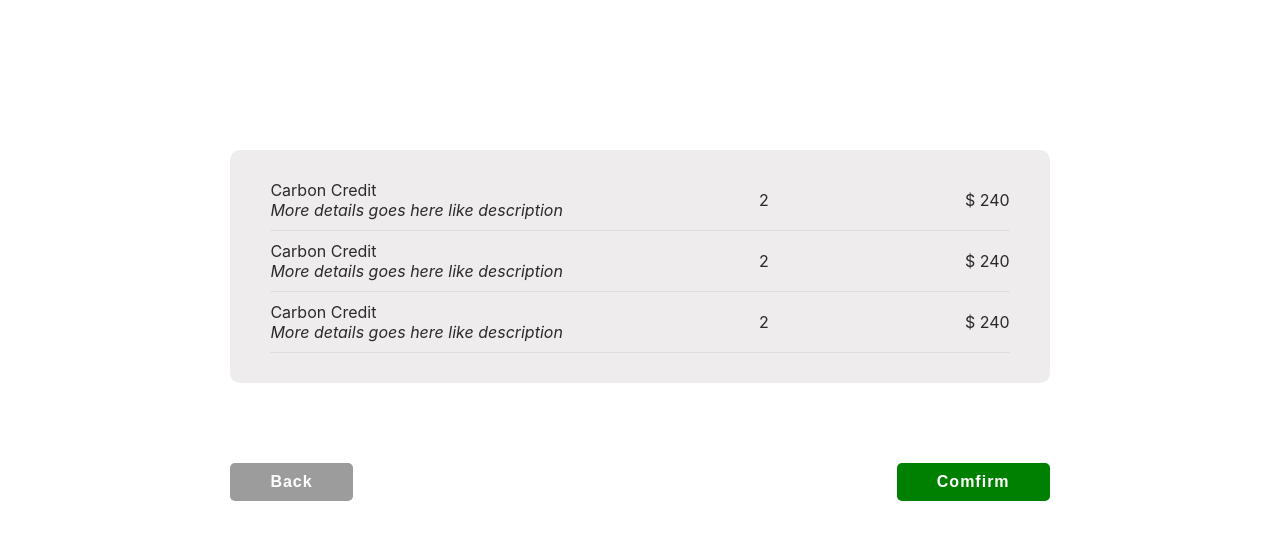
Repository: Yowani24/CarbonApp
Page: /payment
These files come from the project's save history. The page is drawn as it stood at one moment and after the next save; the edit follows.
The browser window is 1280 px wide. The pictures show the whole page.
The project was rebuilt for these pictures with package versions that can differ from the ones it lists, and the page was loaded fresh each time. The framework's server and built-in components were replaced by stand-ins that run in the browser. Also part of the build but not shown: next.config.js, pages/cart/Cart.module.css, pages/cart/index.js.

Above is the page before, as saved 2021-09-27 00:48:07.

### pages/_app.js
import '../styles/globals.css'
import Cart from './cart';

function MyApp({ Component, pageProps }) {
  return (
    <>
      <Component {...pageProps} />
    </>
  );
}

export default MyApp

### pages/payment/index.js
import React from 'react';
import Head from 'next/head'
import styles from './Payment.module.css'
import Link from 'next/link';


export default function Payment(props) {
    return (
       <>
        <Head>
            <title>Payment</title>
        </Head>

        <header className={styles.header}>
            <div className={styles.interface}>
                <div className={styles.header_content}>
                    <h1>Payment</h1>
                </div>
            </div>
        </header>

        <div className={styles.content}>
            <div className={styles.interface}>
                <div className={styles.list_content}>
                    <span>
                        <p>Carbon Credit <br/> <i>More details goes here like description</i></p>
                        <p>2</p>
                        <p>$ 240</p>
                    </span>

                    <span>
                        <p>Carbon Credit <br/> <i>More details goes here like description</i></p>
                        <p>2</p>
                        <p>$ 240</p>
                    </span>

                    <span>
                        <p>Carbon Credit <br/> <i>More details goes here like description</i></p>
                        <p>2</p>
                        <p>$ 240</p>
                    </span>
                </div>
            </div>
        </div>

        <div className={styles.button_box}>
            <div className={styles.interface}>
                <span>
                    <Link href="/cart"><button>Back</button></Link>
                    <button>Comfirm</button>
                </span>
            </div>
        </div>
       </>
    );
}

### styles/globals.css
html,
body {
  padding: 0;
  margin: 0;
  font-family: -apple-system, BlinkMacSystemFont, Segoe UI, Roboto, Oxygen,
    Ubuntu, Cantarell, Fira Sans, Droid Sans, Helvetica Neue, sans-serif;
}

a {
  color: inherit;
  text-decoration: none;
}

* {
  margin: 0;
  box-sizing: border-box;
}

### pages/payment/Payment.module.css
.interface{
    width: 80%;
    margin: 0 auto;
}

@media (max-width: 780px){
    .interface{
        width: 100%;
    }
}

/* ===========================HEADER=================== */
.header_content{
    height: 100px;
    display: flex;
    align-items: center;
    padding: 0 20px;
    color: #FFFFFF;

    background-image: url();
    background-position: center;
    background-size: cover;

    /* background: red; */

}

@media (max-width: 780px){
    .header_content{
        padding: 0 40px;
        height: 80px;
    }
}

@media (max-width: 460px){
    .header_content{
        padding: 0 20px;
        font-size: 16px;
    }
}

/* ========================LIST====================== */

.list_content{
    width: 80%;
    margin: 0 auto;
    margin-top: 50px;
    border-radius: 10px;
    padding: 20px 40px;
    background: rgb(238, 236, 236);
}
.list_content span{
    display: flex;
    justify-content: space-between;
    align-items: center;
    color: rgb(43, 41, 41);

    margin: 10px 0;
    border-bottom: 1px solid rgb(226, 221, 221);
    padding-bottom: 10px;
}

@media (max-width: 460px){
    .list_content{
        width: 90%;
        padding: 20px 20px;
    }
    .list_content span{
        font-size: 14px;
        margin: 5px 0;
        border-bottom: 1px solid rgb(226, 221, 221);
        padding-bottom: 10px;
    }
    .list_content span p:first-child{
        width: 140px;

    }
    .list_content span i{
        font-size: 8px;
    }
}

/* ================================BUTTON=================== */
.button_box{
    margin-top: 80px;
}
.button_box span{
    display: flex;
    justify-content: space-between;
    width: 80%;
    margin: 0 auto;
}
.button_box button:first-child{
    background: rgb(156, 156, 156);
}
.button_box button:first-child:hover{
    background: rgb(122, 120, 120);
}
.button_box button:first-child:active{
    background: rgb(187, 184, 184);
}

.button_box button{
    border: none;
    background: green;
    padding: 10px 40px;
    font-size: 16px;
    color: #FFFFFF;
    letter-spacing: 1px;
    border-radius: 5px;
    cursor: pointer;
    transition: .1s;
    font-weight: bold;
}

.button_box button:nth-child(2):hover{
    background: rgb(1, 92, 1);
}
.button_box button:nth-child(2):active{
    background: rgb(13, 131, 13);
}

@media (max-width: 460px){
    .button_box{
        margin-top: 50px;
    }
    .button_box span{
        width: 90%;
    }
    .button_box button{
        padding: 10px 30px;
        font-size: 14px;
    }
}

Loaded but not shown: pages/api/hello.js (common file)

After the next save:
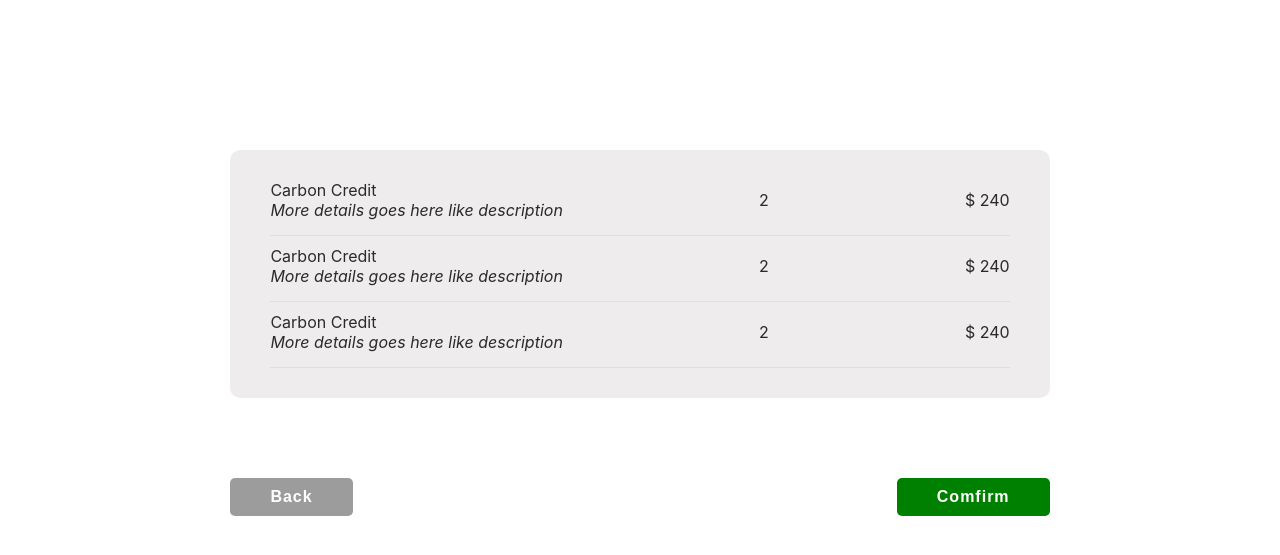
Saved 15 s later.
--- a/pages/payment/Payment.module.css
+++ b/pages/payment/Payment.module.css
@@ -57,7 +57,7 @@
 
     margin: 10px 0;
     border-bottom: 1px solid rgb(226, 221, 221);
-    padding-bottom: 10px;
+    padding-bottom: 15px;
 }
 
 @media (max-width: 460px){
